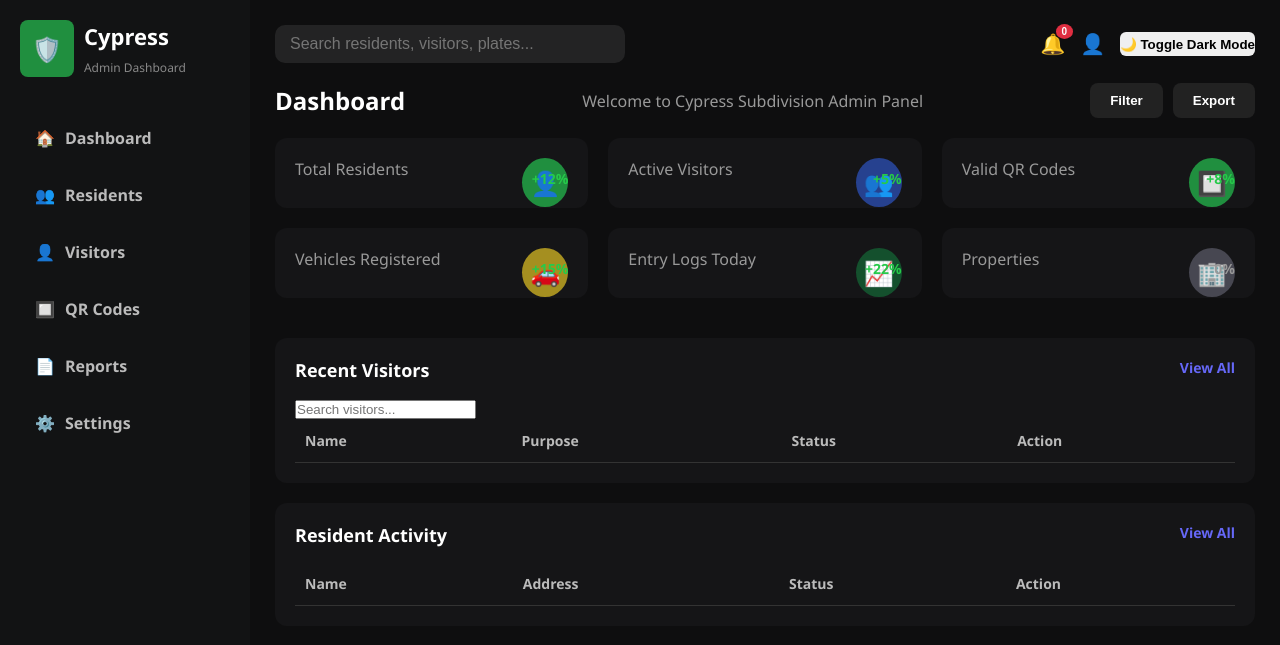
Repository: camuramon/my-project
Page: templates/admin/dashboard.html
The author's editor kept a copy of each file at every save. The page is drawn from the files as they stood at one save, then again after the next save.
The browser window is 1280 px wide. The pictures show the whole page.
The template is drawn by Flask 3. The application's start-up code is not run. The template is opened directly, without the code that normally fills it, so the values that code supplies are empty.

Above is the page before, as saved 2025-09-06 21:04:50.

After the next save:
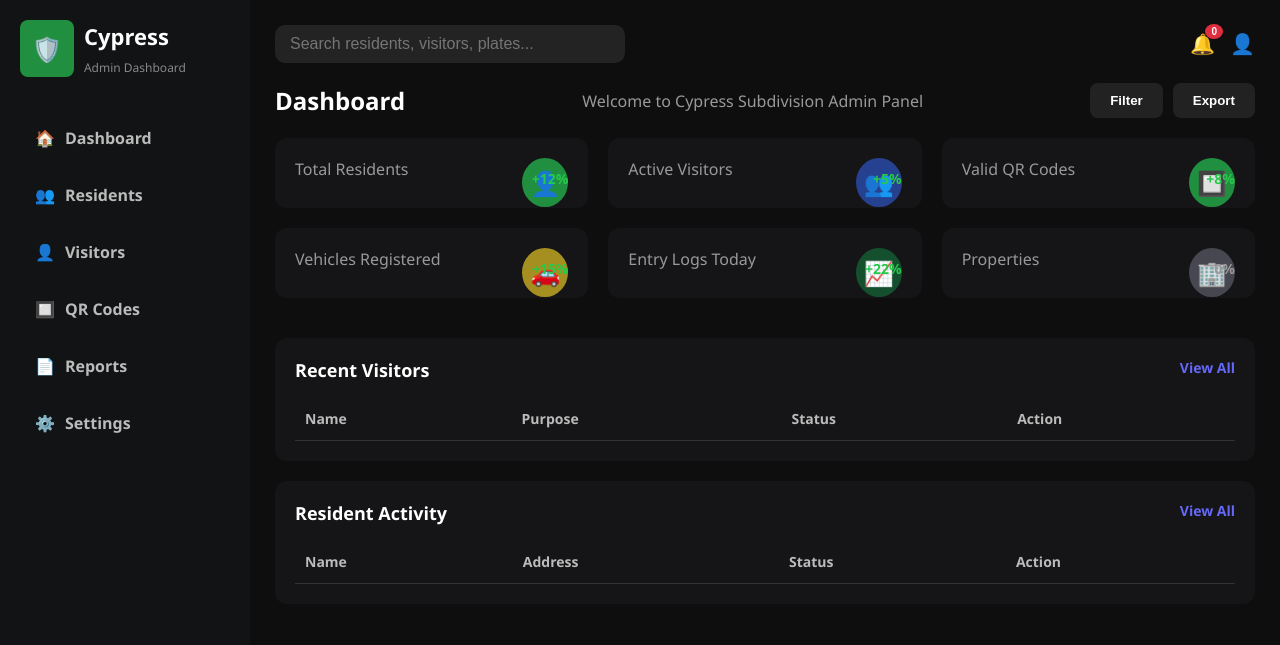
Saved 10 min 20 s later.
--- a/templates/admin/dashboard.html
+++ b/templates/admin/dashboard.html
@@ -47,7 +47,6 @@
       <div class="top-icons">
         <button class="icon-btn">🔔<span class="notification-count">{{ notifications|length }}</span></button>
         <button class="icon-btn">👤</button>
-        <button id="darkModeToggle">🌙 Toggle Dark Mode</button>
       </div>
     </header>
 
@@ -108,7 +107,7 @@
     <section class="tables-section">
       <div class="table-container">
         <h3>Recent Visitors <a href="#" class="view-all">View All</a></h3>
-        <input type="text" id="visitorSearch" placeholder="Search visitors..." />
+
         <table id="visitorTable">
           <thead>
             <tr>
